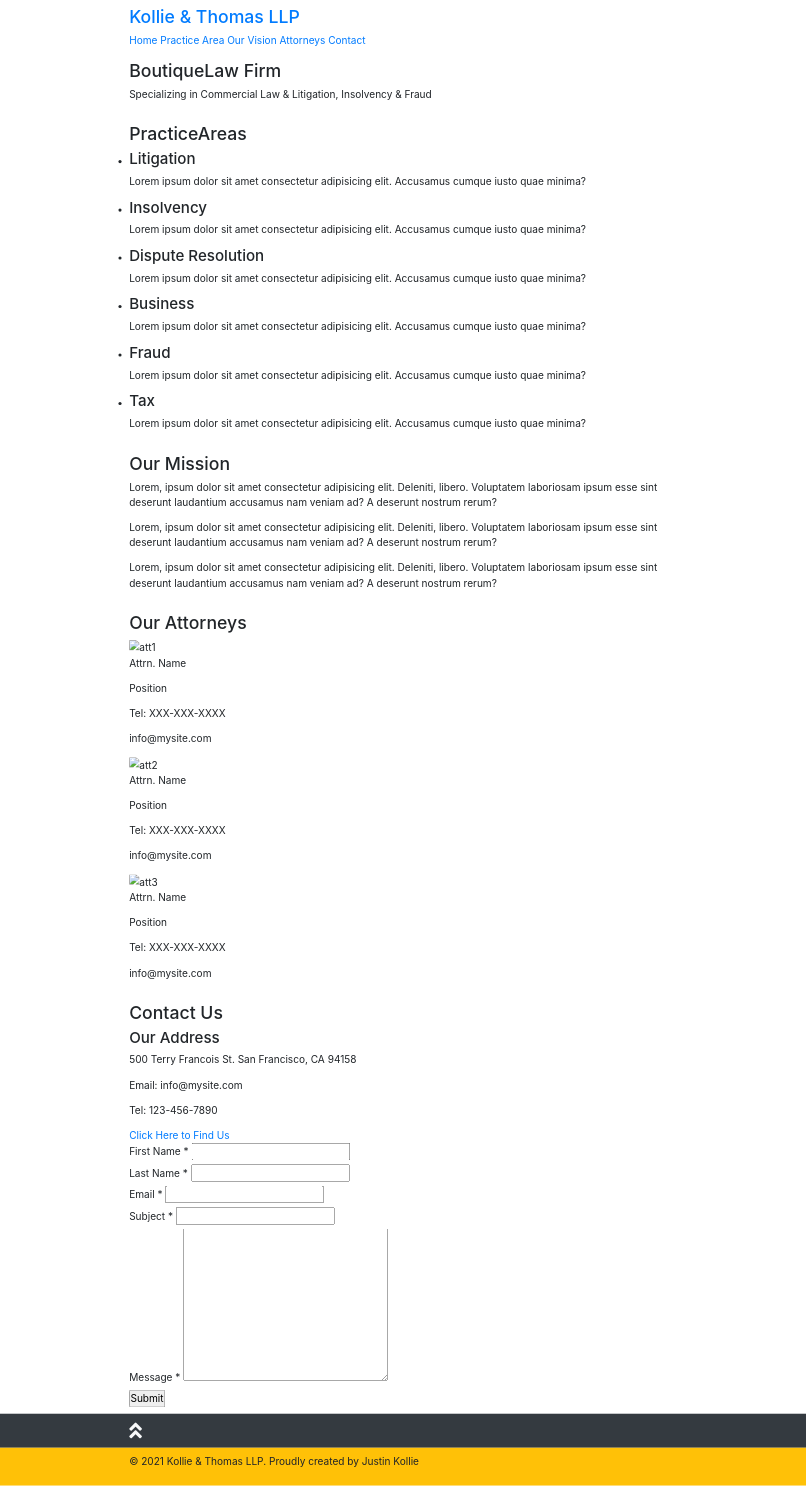
Repository: just-mann/kolllie-kolliellp
Page: index.html
These files come from the project's save history. The page is drawn as it stood at one moment and after the next save; the edit follows.
The browser window is 1280 px wide. The pictures show the whole page, at 63% of full size.

Above is the page before, as saved 2021-06-01 17:04:28.

After the next save:
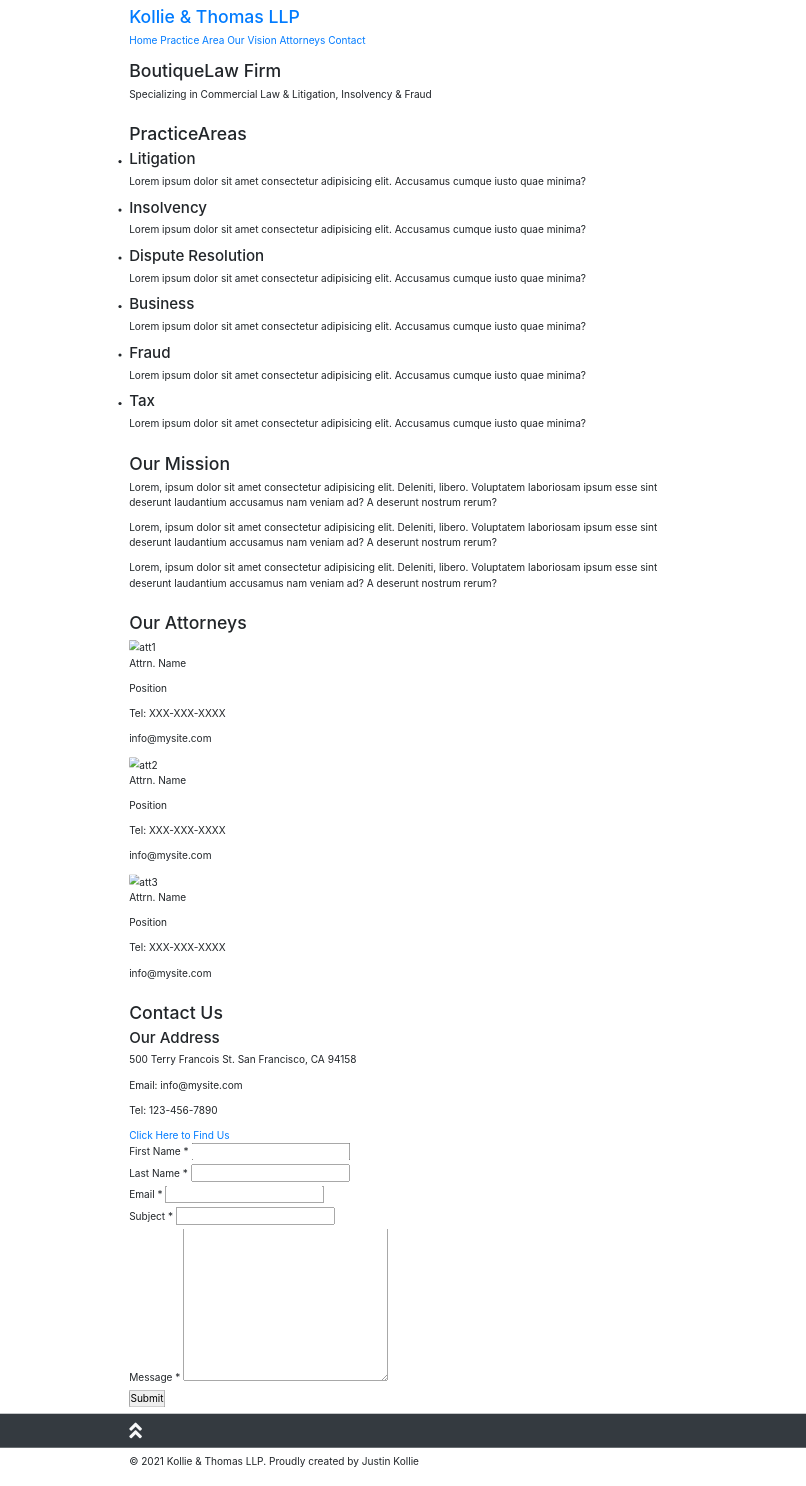
Saved 7 s later.
--- a/index.html
+++ b/index.html
@@ -172,7 +172,7 @@
             <i class="fas fa-angle-double-up fa-2x text-light"></i>
         </div>
     </section>
-    <footer class="footer bg-warning">
+    <footer class="footer">
         <div class="myContainer">
             <p>© 2021 Kollie & Thomas LLP. Proudly created by Justin Kollie</p>
         </div>
